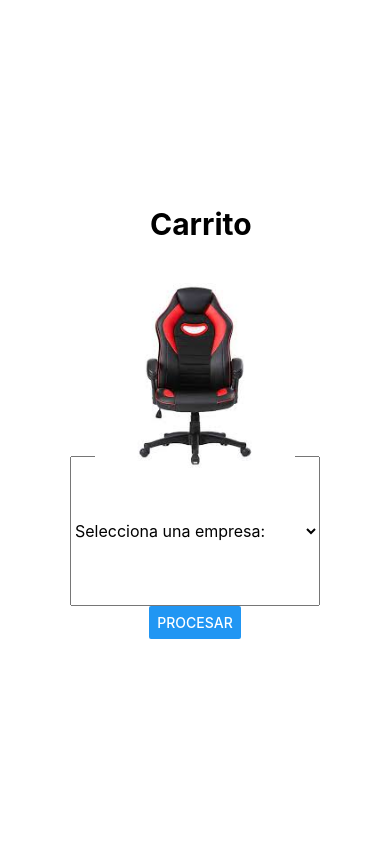
Repository: oscaredu1998/compras
Screen: / (app in frontend/)
The author's editor kept a copy of each file at every save. The screen is drawn from the files as they stood at one save, then again after the next save.
The app was drawn by React Native's web renderer in a window 390 px wide. The project was rebuilt for these pictures with package versions that can differ from the ones it lists, and the page was loaded fresh each time.

Above is the screen before, as saved 2020-02-21 18:21:08.

### frontend/App.js
import React, { Component } from 'react';
import { Picker, View, Image, StyleSheet, Button, Text, Alert } from 'react-native';
import axios from 'axios';

const URL = "http://192.168.0.104:5000/api/";

export default class App extends Component {
  state = {
    response: ''
  }

  handleSelect = text => {
    this.setState({ response: text });
  };

  getData = () => {
    axios.get(URL+this.state.response)
    .then(response => {
      Alert.alert("Usted ha selecionado: " + JSON.stringify(response.data.empresa),
      ("Tiempo estimado de: " + JSON.stringify(response.data.tiempo) + " para su entrega"))
      // this.setState({ serverRes: response.data.datos })
    })
    .catch(error => {
      console.log(error)
    })
  }

  render() {
    return (
      <View style={styles.container}>
        <Text style={{width: 150, height: 50, fontSize: 30, fontWeight: 'bold', left: 30}}>Carrito </Text>
        <Image
            style={{width: 200, height: 200, top: 20}}
            source={require('./assets/images.jpg')}
          />
        <Picker style={{ height: 150, width: 250 }} onValueChange={this.handleSelect}>
          <Picker.Item label="Selecciona una empresa:" value="" />
          <Picker.Item label="Fedex" value="fedex" />
          <Picker.Item label="Correo del Ecuador" value="correos-ecuador" />
          <Picker.Item label="Servientrega" value="servientrega" />
        </Picker>
        <Button
          title="Procesar"
          onPress = {() => {this.getData()}}
          // onPress={() => alert(JSON.stringify(this.state.response))}
        />
      </View>
    )
  }
}


const styles = StyleSheet.create({
  container: {
    flex: 1,
    backgroundColor: '#fff',
    alignItems: 'center',
    justifyContent: 'center',
  },
});

After the next save:
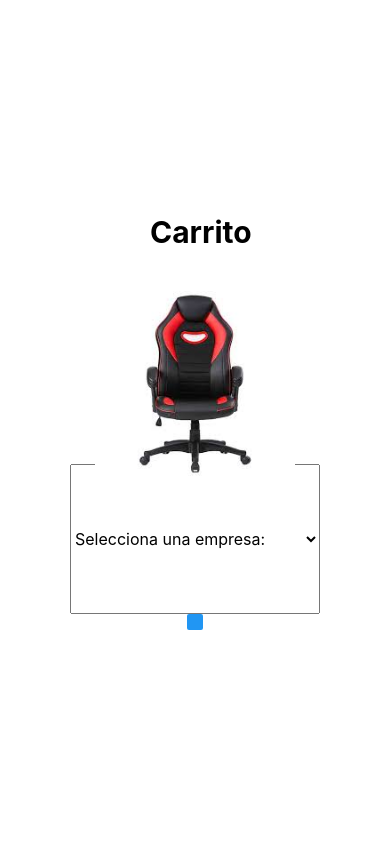
Saved 15 s later.
--- a/frontend/App.js
+++ b/frontend/App.js
@@ -40,7 +40,7 @@ export default class App extends Component {
           <Picker.Item label="Servientrega" value="servientrega" />
         </Picker>
         <Button
-          title="Procesar"
+          title=""
           onPress = {() => {this.getData()}}
           // onPress={() => alert(JSON.stringify(this.state.response))}
         />
